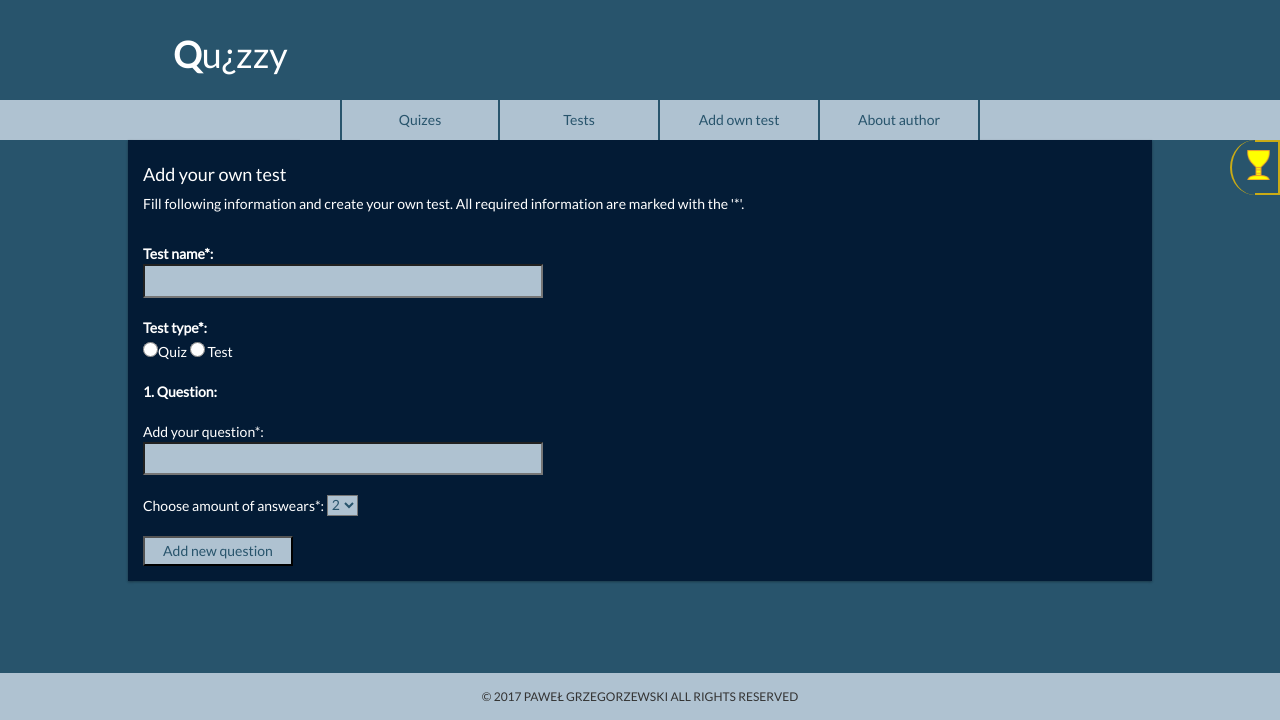
Repository: pgrzegorzewski/quiz
Page: http://localhost/app/add_test.php
These files come from the project's save history. The page is drawn as it stood at one moment and after the next save; the edit follows.
The browser window is 1280 px wide. The pictures show the whole page.
Some web libraries are served in a nearby version. The page is run by PHP 8.4 with error messages shown; the project is at /var/www/html/.

Above is the page before, as saved 2017-09-17 20:47:49.

After the next save:
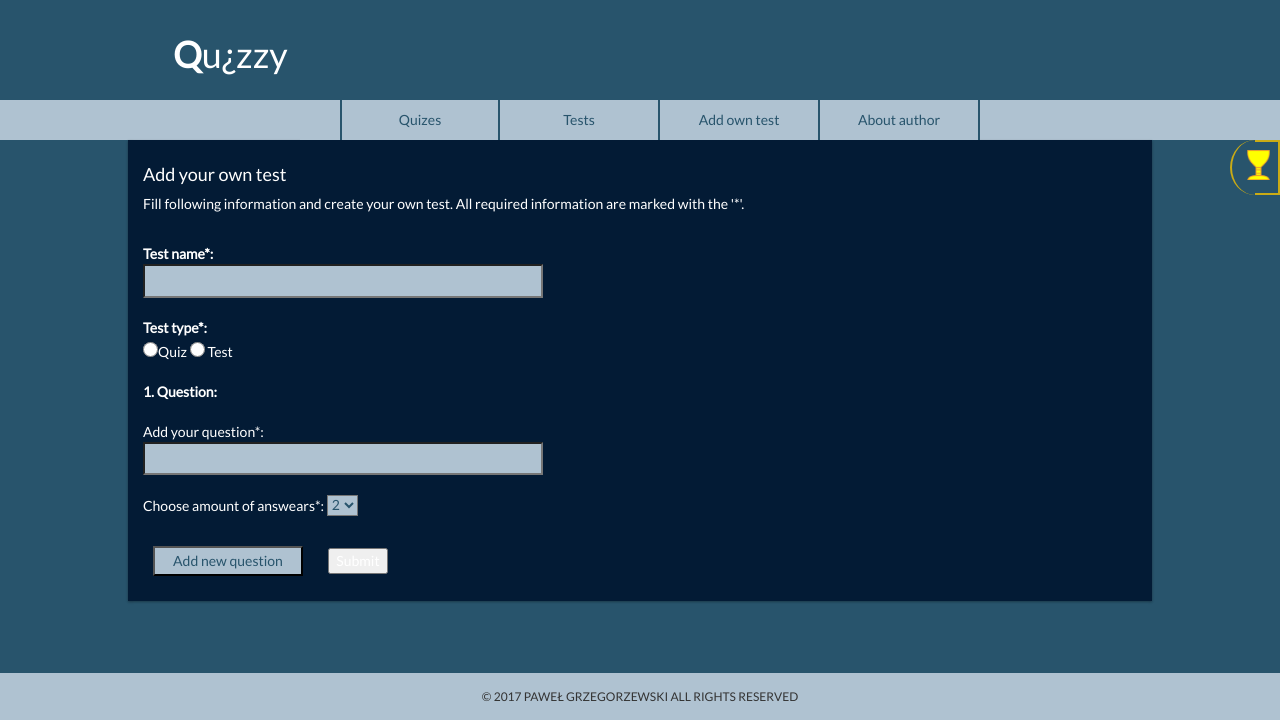
Saved 13 min 31 s later.
--- a/htdocs/app/learningapp/app/add_test.php
+++ b/htdocs/app/learningapp/app/add_test.php
@@ -87,7 +87,16 @@
 							  <option value="4">4</option>
 						</select>
 						<div id = "question_answears_container_1"></div><br>
-						<input class = "nextQuestionAdd" id = '1' type = "button" value = "Add new question" onclick = "addNewQuestion(this)">
+						<table>
+							<tr>
+								<td>
+									<input class = "nextQuestionAdd" id = '1' type = "button" value = "Add new question" onclick = "addNewQuestion(this)">
+								</td>
+								<td>
+									<input id = "testSubmit" type = "button" onclick = "submit()" value = "Submit">
+								</td>
+							</tr>
+						</table>
 						</form>
 					</div>
 				</div>
@@ -115,8 +124,9 @@
 				  <option value="3">3</option>
 				  <option value="4">4</option>
 			</select>
-			<div id = "question_answears_container_{{id}}"></div>
+			<div id = "question_answears_container_{{id}}"></div><br>
 				<input class = "nextQuestionAdd" id = "{{id}}" type = "button" value = "Add new question" onclick = "addNewQuestion(this)">
+				<input id = "testSubmit" type = "button" onclick = "submit()" value = "Submit">
 		</form>
 	</div>
 </script>
